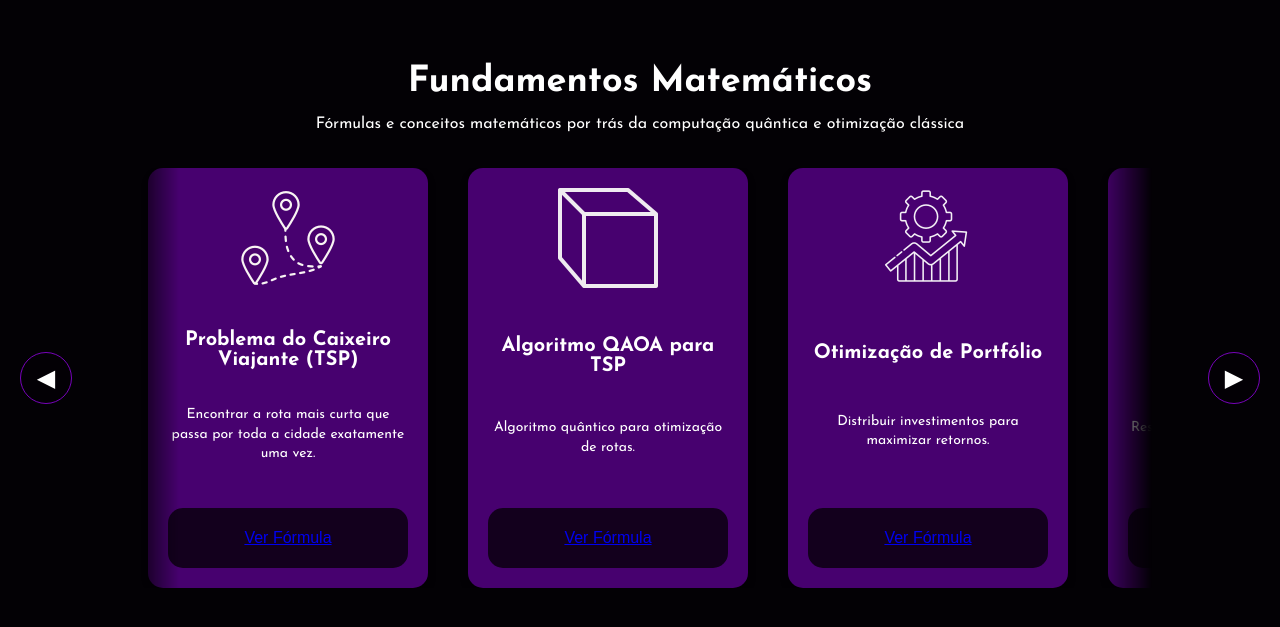
Repository: Everson9/Projeto-de-escalabilidade-quantica-definitivo
Page: fundamentos.html
An editor plug-in stored every save of this project. The page is shown before and after the next save, followed by the edit.
The browser window is 1280 px wide. The pictures show the whole page.

Above is the page before, as saved 2025-10-01 10:19:58.
Not found: script.js

### fundamentos.html
<!DOCTYPE html>
<html lang="pt-br">
<head>
    <meta charset="UTF-8">
    <meta name="viewport" content="width=device-width, initial-scale=1.0">
    <title>Carrossel Avançado</title>
    <link rel="stylesheet" href="fundamentos.css">
    <link href="https://fonts.googleapis.com/css2?family=Josefin+Sans:wght@400;700&display=swap" rel="stylesheet">
</head>
<body>

    <div class="fundamentos-matematicos">
        <h1>Fundamentos Matemáticos</h1>
        <p>Fórmulas e conceitos matemáticos por trás da computação quântica e otimização clássica</p>
    </div>

    <!-- Wrapper para o carrossel e as setas -->
    <div class="carousel-wrapper">
        <!-- Seta Esquerda -->
        <div id="prev-btn" class="carousel-btn">&#9664;</div>

        <!-- Container do Carrossel -->
        <div class="carousel-container">
            <div class="carousel-track">
                <!-- Cards Originais (Apenas os 4 originais são necessários, o JS cuidará da clonagem ) -->
                <div class="formula_1">
                    <img src="imgs_icones/CaixeiroViajante.png" alt="Ícone do Problema do Caixeiro Viajante">
                    <h4>Problema do Caixeiro Viajante (TSP)</h4>
                    <p>Encontrar a rota mais curta que passa por toda a cidade exatamente uma vez.</p>
                    <button class="button"><a href="caixeiroviajante.html">Ver Fórmula</a></button>
                </div>
                <div class="formula_1">
                    <img src="imgs_icones/QAOA.png" alt="Ícone do Algoritmo QAOA">
                    <h4>Algoritmo QAOA para TSP</h4>
                    <p>Algoritmo quântico para otimização de rotas.</p>
                    <button class="button"><a href="AlgoritmoQAOA.html">Ver Fórmula</a></button>
                </div>
                <div class="formula_1">
                    <img src="imgs_icones/OtimizacaoPortfolio.png" alt="Ícone de Otimização de Portfólio">
                    <h4>Otimização de Portfólio</h4>
                    <p>Distribuir investimentos para maximizar retornos.</p>
                    <button class="button"><a href="Portifolio.html">Ver Fórmula</a></button>
                </div>
                <div class="formula_1">
                    <img src="imgs_icones/ComplexidadeComputacional.png" alt="Ícone de Complexidade Computacional">
                    <h4>Complexidade Computacional</h4>
                    <p>Resolver problemas que crescem com muitos elementos.</p>
                    <button class="button"><a href="Complexidade.html">Ver Fórmula</a></button>
                </div>
            </div>
        </div>

        <!-- Seta Direita -->
        <div id="next-btn" class="carousel-btn">&#9654;</div>
    </div>

    <!-- NOVO: Container para os indicadores (pontos) -->
    <div class="carousel-indicators"></div>

    <!-- Adicionando o arquivo JavaScript -->
    <script src="script.js"></script>

</body>
</html>

### fundamentos.css
body {
    background-color: #030105;
    font-family: 'Josefin Sans', sans-serif;
    color: #fff;
    margin: 0;
    padding: 0;
    display: flex;
    flex-direction: column;
    align-items: center;
    justify-content: flex-start;
    text-decoration: none;
    overflow-x: hidden; /* Esconde a barra de rolagem horizontal */
}

.fundamentos-matematicos {
    text-align: center;
    color: white;
    margin-top: 40px;
    margin-bottom: 20px;
}

h1 {
    font-size: 36px;
    margin-bottom: 10px;
}

/* Estilos dos Cards */
.formula_1 {
    width: 240px;
    height: 380px;
    background-color: #7703BA96;
    border-radius: 15px;
    padding: 20px;
    display: flex;
    flex-direction: column;
    justify-content: space-between;
    box-shadow: 0 4px 8px rgba(0, 0, 0, 0.2);
    margin: 0 20px; /* Espaçamento entre os cards */
    flex-shrink: 0; /* Impede que os cards encolham */
}

.formula_1 h4 {
    font-size: 20px;
    margin-bottom: 10px;
    text-align: center;
}

.formula_1 img {
    width: 100px;
    height: 100px;
    margin: 0 auto;
}

.formula_1 p {
    text-align: center;
    font-size: 14px;
    line-height: 1.4;
    margin-top: 10px;
}

.button {
    background-color: #030105C2;
    border: none;
    padding: 10px;
    color: white;
    font-size: 16px;
    text-align: center;
    height: 60px;
    border-radius: 15px;
    cursor: pointer;
    text-decoration: none;
    margin-top: 15px;
    transition: background-color 0.3s;
}



.button:hover {
    background-color: #ffffffc2;
    color: #030105;
}

/* --- Novas Classes para o Carrossel --- */

.carousel-wrapper {
    position: relative; /* Necessário para posicionar as setas */
    width: 100%;
    display: flex;
    align-items: center;
    justify-content: center;
}

.carousel-container {
    width: 80%; /* Ajuste a largura conforme necessário */
    overflow: hidden;
    -webkit-mask-image: linear-gradient(to right, transparent, black 5%, black 95%, transparent);
    mask-image: linear-gradient(to right, transparent, black 5%, black 95%, transparent);
}

.carousel-track {
    display: flex;
    /* Removemos a animação automática */
    transition: transform 0.5s ease-in-out; /* Adiciona uma transição suave */
}

.carousel-btn {
    position: absolute;
    top: 50%;
    transform: translateY(-50%);
    background-color: rgba(3, 1, 5, 0.8);
    color: white;
    border: 1px solid #7703BA;
    border-radius: 50%;
    width: 50px;
    height: 50px;
    display: flex;
    align-items: center;
    justify-content: center;
    font-size: 24px;
    cursor: pointer;
    z-index: 10;
    transition: background-color 0.3s, transform 0.2s;
}

.carousel-btn:hover {
    background-color: #7703BA;
    transform: translateY(-50%) scale(1.1);
}

#prev-btn {
    left: 20px; /* Posição da seta esquerda */
}

#next-btn {
    right: 20px; /* Posição da seta direita */
}

/* --- Estilos para os Indicadores (Pontos) --- */
.carousel-indicators {
    display: flex;
    justify-content: center;
    margin-top: 20px;
}

.indicator-dot {
    width: 12px;
    height: 12px;
    border-radius: 50%;
    background-color: #777;
    margin: 0 5px;
    cursor: pointer;
    transition: background-color 0.3s ease;
}

.indicator-dot.active {
    background-color: #7703BA; /* Cor roxa para o ponto ativo */
}

/* --- Ajuste para a funcionalidade de arrastar --- */
.carousel-track.grabbing {
    cursor: grabbing; /* Muda o cursor enquanto o usuário arrasta */
}

.carousel-track.grabbing .formula_1 {
    pointer-events: none; /* Impede que links/botões sejam clicados durante o arrasto */
}

/* --- Media Query para Responsividade --- */
@media (max-width: 768px) {
    .carousel-container {
        width: 90%; /* Ocupa mais espaço em telas menores */
    }

    .carousel-btn {
        width: 40px;
        height: 40px;
        font-size: 20px;
    }

    #prev-btn {
        left: 5px; /* Aproxima as setas das bordas */
    }

    #next-btn {
        right: 5px;
    }

    .formula_1 {
        /* Opcional: reduzir um pouco o tamanho dos cards em telas muito pequenas */
        width: 220px;
        height: 360px;
    }
}

After the next save:
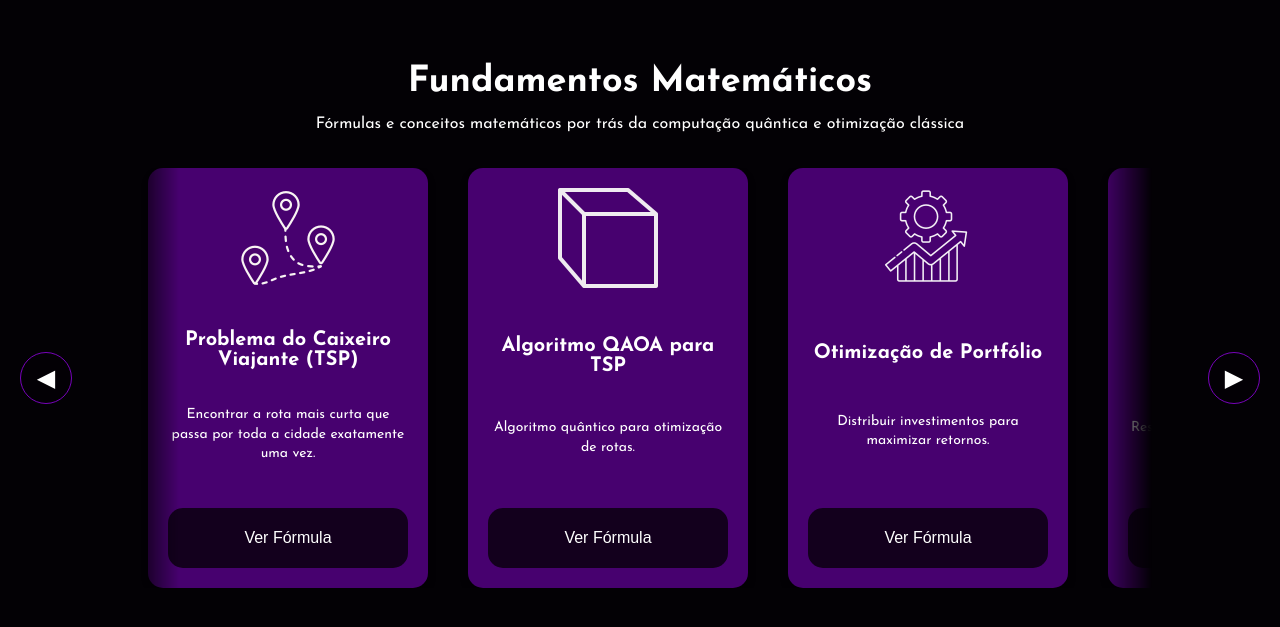
Saved 5 s later.
--- a/fundamentos.css
+++ b/fundamentos.css
@@ -73,7 +73,12 @@
     transition: background-color 0.3s;
 }
 
-
+.button a {
+    text-decoration: none; /* Remove o sublinhado */
+    color: white;          /* Define a cor do texto como branca, igual ao botão */
+    display: block;        /* Faz o link ocupar todo o espaço do botão, melhorando a área de clique */
+    line-height: 40px;     /* Centraliza o texto verticalmente dentro do botão (ajuste se a altura do botão mudar) */
+}
 
 .button:hover {
     background-color: #ffffffc2;
